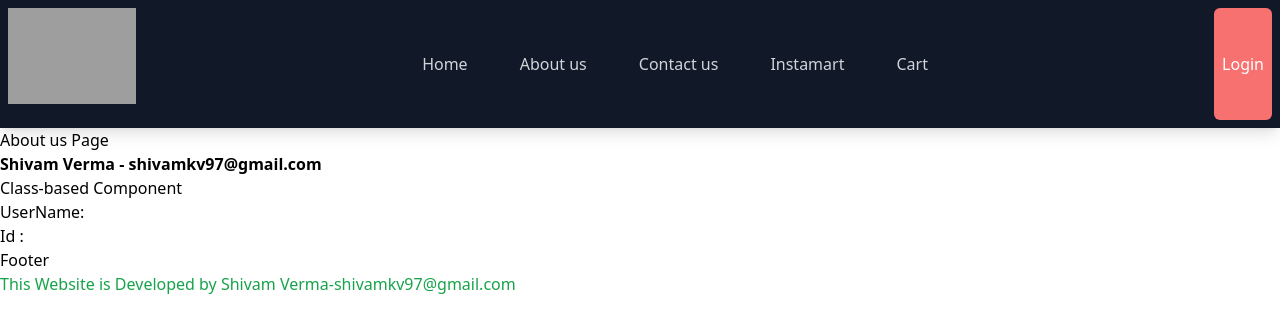
Repository: shivamv97/FOOD-VILLA-APP
Page: /About
An editor plug-in stored every save of this project. The page is shown before and after the next save, followed by the edit.
The browser window is 1280 px wide. The pictures show the whole page.
Pictures or frames that could not be fetched are drawn as grey boxes. The page's requests for data from a server got no answer. The project was rebuilt for these pictures with package versions that can differ from the ones it lists, and the page was loaded fresh each time. No one was signed in, and anything a server would have sent is missing. Also part of the build but not shown: src/config.js, src/components/RestaurantCards.js, src/components/Shimmer.js, src/utils/shares.js, src/components/Body.js, src/components/Profile.js, src/components/Error.js, src/components/ContactUs.js and 2 more.

Above is the page before, as saved 2024-10-01 01:25:27.

After the next save:
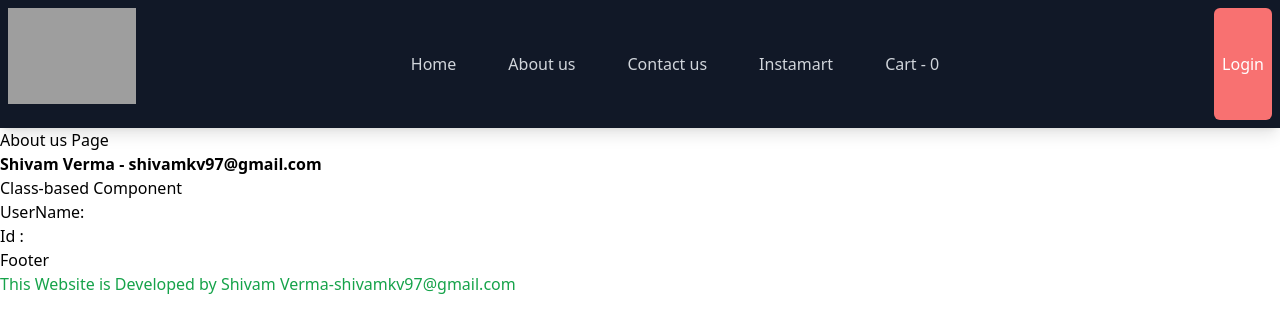
Saved 63 s later.
--- a/src/components/Title.js
+++ b/src/components/Title.js
@@ -46,7 +46,7 @@ const HeaderComponent = () => {
             <Link to="/Instamart">Instamart</Link>
           </li>
           <li className="rounded-md py-3 px-2 font-medium text-gray-300 hover:bg-gray-500 hover:text-white">
-            <Link to="#">Cart</Link>
+            <Link to="#">Cart - {cartItems.length}</Link>
           </li>
         </ul>
       </div>
